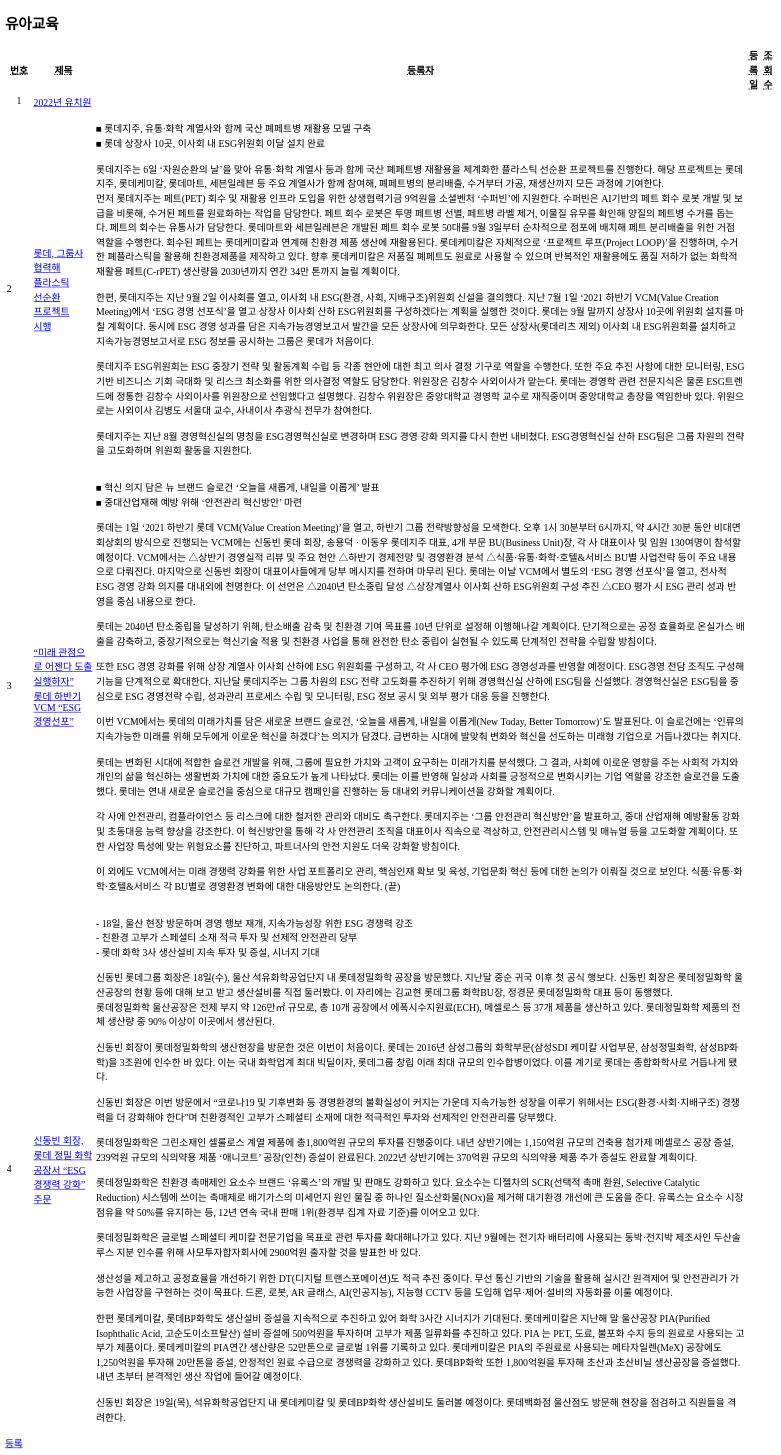
Repository: songyooon/pro06
Page: http://localhost/policy/infantlist
An editor plug-in stored every save of this project. The page is shown before and after the next save, followed by the edit.
The browser window is 1280 px wide. The pictures show the whole page, at 61% of full size.
The page is this project's Thymeleaf template; nobody is signed in. The template is opened directly, without the code that normally fills it, so the values that code supplies are empty.

Above is the page before, as saved 2022-12-26 04:19:06.

After the next save:
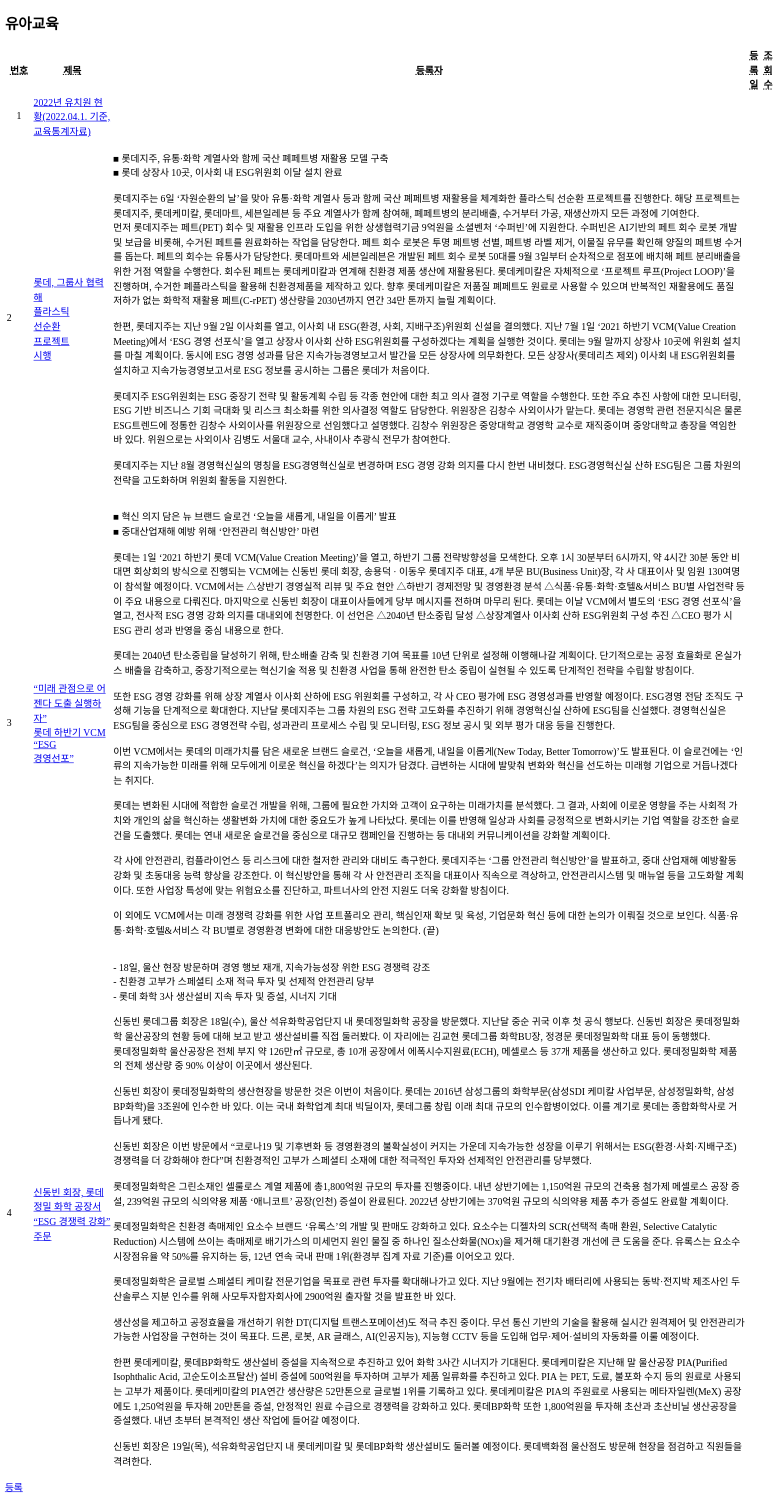
Saved 26 s later.
--- a/myapp/src/main/resources/templates/policy/infantlist.html
+++ b/myapp/src/main/resources/templates/policy/infantlist.html
@@ -29,7 +29,7 @@
                       <td>&nbsp;&nbsp;&nbsp;&nbsp;1&nbsp;&nbsp;&nbsp;&nbsp;</td>
 
                       <td>
-                          <a href="/pro04/GetEsgDetailCtrl.html?no=1">2022년 유치원 </a>
+                          <a href="/pro04/GetEsgDetailCtrl.html?no=1">2022년 유치원 현황(2022.04.1. 기준, 교육통계자료)</a>
                       </td>
                       <td>
 
